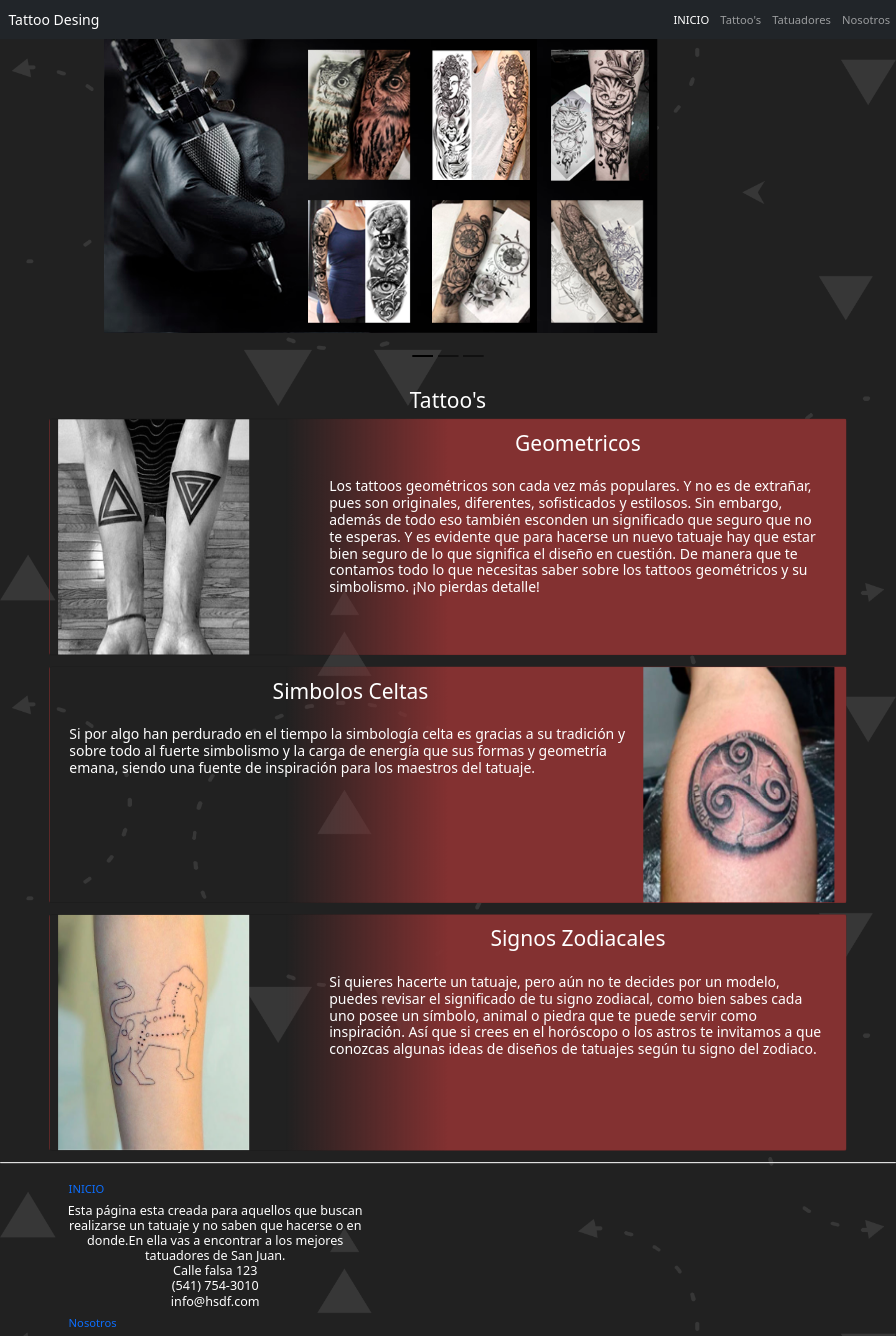
Repository: Vladimir-22/TatooDesign
Page: index.html
These files come from the project's save history. The page is drawn as it stood at one moment and after the next save; the edit follows.
The browser window is 1280 px wide. The pictures show the whole page, at 70% of full size.
Some web libraries are served in a nearby version.

Above is the page before, as saved 2021-05-19 21:40:54.

### index.html
<!DOCTYPE html>
<html lang="es">
  <head>
    <meta charset="UTF-8" />
    <meta http-equiv="X-UA-Compatible" content="IE=edge" />
    <meta name="viewport" content="width=device-width, initial-scale=1.0" />
    <link
      href="https://cdn.jsdelivr.net/npm/bootstrap@5.0.0-beta3/dist/css/bootstrap.min.css"
      rel="stylesheet"
      integrity="sha384-eOJMYsd53ii+scO/bJGFsiCZc+5NDVN2yr8+0RDqr0Ql0h+rP48ckxlpbzKgwra6"
      crossorigin="anonymous"
    />
    <script
      src="https://cdn.jsdelivr.net/npm/bootstrap@5.0.0-beta3/dist/js/bootstrap.bundle.min.js"
      integrity="sha384-JEW9xMcG8R+pH31jmWH6WWP0WintQrMb4s7ZOdauHnUtxwoG2vI5DkLtS3qm9Ekf"
      crossorigin="anonymous"
    ></script>
    <script
      src="https://cdn.jsdelivr.net/npm/bootstrap@5.0.0-beta3/dist/js/bootstrap.bundle.min.js"
      integrity="sha384-JEW9xMcG8R+pH31jmWH6WWP0WintQrMb4s7ZOdauHnUtxwoG2vI5DkLtS3qm9Ekf"
      crossorigin="anonymous"
    ></script>
    <script
      src="https://cdn.jsdelivr.net/npm/@popperjs/core@2.9.1/dist/umd/popper.min.js"
      integrity="sha384-SR1sx49pcuLnqZUnnPwx6FCym0wLsk5JZuNx2bPPENzswTNFaQU1RDvt3wT4gWFG"
      crossorigin="anonymous"
    ></script>
    <script
      src="https://cdn.jsdelivr.net/npm/bootstrap@5.0.0-beta3/dist/js/bootstrap.min.js"
      integrity="sha384-j0CNLUeiqtyaRmlzUHCPZ+Gy5fQu0dQ6eZ/xAww941Ai1SxSY+0EQqNXNE6DZiVc"
      crossorigin="anonymous"
    ></script>
    <link
      rel="stylesheet"
      href="https://use.fontawesome.com/releases/v5.8.1/css/all.css"
      integrity="sha384-50oBUHEmvpQ+1lW4y57PTFmhCaXp0ML5d60M1M7uH2+nqUivzIebhndOJK28anvf"
      crossorigin="anonymous"
    />
    <link rel="stylesheet" href="css/styles.css" />
    <title>Tattoo Desing</title>
  </head>

  <body>
    <nav class="navbar navbar-expand-lg navbar-dark bg-dark">
      <div class="container-fluid">
        <!-- <i class="fas fa-bars"></i> -->

        <div class="col-md-9">
          <a class="navbar-brand" href="#">Tattoo Desing</a>

          <button
            class="navbar-toggler"
            type="button"
            data-bs-toggle="collapse"
            data-bs-target="#navbarNav"
            aria-controls="navbarNav"
            aria-expanded="false"
            aria-label="Toggle navigation"
          >
            <span class="navbar-toggler-icon"></span>
          </button>
        </div>

        <div class="col-md-3 collapse navbar-collapse" id="navbarNav">
          <ul class="navbar-nav">
            <li class="nav-item">
              <a class="nav-link active" aria-current="page" href="#">INICIO</a>
            </li>
            <li class="nav-item">
              <a class="nav-link" href="tattoo's.html">Tattoo's</a>
            </li>
            <li class="nav-item">
              <a class="nav-link" href="tatuadores.html">Tatuadores</a>
            </li>
            <li class="nav-item">
              <a
                class="nav-link"
                href="nosotros.html"
                tabindex="-1"
                aria-disabled="true"
                >Nosotros</a
              >
            </li>
          </ul>
        </div>
      </div>
    </nav>

    <div class="container">
      <div class="row" id="carrusel">
        <div
          id="carouselExampleDark"
          class="carousel carousel-dark slide"
          data-bs-ride="carousel"
        >
          <div class="carousel-indicators">
            <button
              type="button"
              data-bs-target="#carouselExampleDark"
              data-bs-slide-to="0"
              class="active"
              aria-current="true"
              aria-label="Slide 1"
            ></button>
            <button
              type="button"
              data-bs-target="#carouselExampleDark"
              data-bs-slide-to="1"
              aria-label="Slide 2"
            ></button>
            <button
              type="button"
              data-bs-target="#carouselExampleDark"
              data-bs-slide-to="2"
              aria-label="Slide 3"
            ></button>
          </div>

          <div class="carousel-inner">
            <div class="carousel-item active" data-bs-interval="10000">
              <img
                id="imgCarrusel"
                src="./Agos/Carrusel/trae-tu-diseño.png"
                class="d-block w-20"
                alt="..."
              />
              <!-- <div class="carousel-caption d-none d-md-block">
                            <h5>First slide label</h5>
                            <p>Some representative placeholder content for the first slide.</p>
                        </div> -->
            </div>
            <div class="carousel-item" data-bs-interval="4000">
              <img
                id="imgCarrusel"
                src="./Agos/Carrusel/Tendencias.png"
                class="d-block w-20"
                alt="..."
              />
              <!-- <div class="carousel-caption d-none d-md-block">
                            <h5>Second slide label</h5>
                            <p>Some representative placeholder content for the second slide.</p>
                        </div> -->
            </div>
            <div class="carousel-item" data-bs-interval="2000">
              <img
                id="imgCarrusel"
                src="./Agos/Carrusel/Tatuadores-banner.png"
                class="d-block w-20"
                alt="..."
              />
              <!-- <div class="carousel-caption d-none d-md-block">
                            <h5>Third slide label</h5>
                            <p>Some representative placeholder content for the third slide.</p>
                        </div> -->
            </div>
          </div>

          <!-- <button class="carousel-control-prev" type="button" data-bs-target="#carouselExampleDark" data-bs-slide="prev">
                  <span class="carousel-control-prev-icon" aria-hidden="true"></span>
                  <span class="visually-hidden">Previous</span>
                </button>
                <button class="carousel-control-next" type="button" data-bs-target="#carouselExampleDark" data-bs-slide="next">
                  <span class="carousel-control-next-icon" aria-hidden="true"></span>
                  <span class="visually-hidden">Next</span>
                </button> -->
        </div>
      </div>

      <div class="row section2 text-center">
        <h1>Tattoo's</h1>
      </div>

      <div class="row">
        <!-- <div class="card mb-3">
                <img src="./Pedro/Categorías - Signos Zodiacales/Simbolos Celtas.PNG" class="card-img-top" alt="...">
                <div class="card-body">
                    <h5 class="card-title">Card title</h5>
                    <p class="card-text">This is a wider card with supporting text below as a natural lead-in to additional content. This content is a little bit longer.</p>
                    <p class="card-text"><small class="text-muted">Last updated 3 mins ago</small></p>
                </div>
            </div> -->

        <div id="Geometricos" class="card mb-3" style="max-width: auto">
          <div class="row g-0">
            <div class="col-md-4">
              <img
                id="imagen"
                src="./Pedro/Categorías - descripcion inicio/Tatuajes Geometricos.jpg"
                alt="..."
              />
            </div>
            <div class="col-md-8">
              <div class="card-body">
                <h1 class="card-title">Geometricos</h1>
                <br />
                <h5 id="descrip-gral" class="card-text">
                  Los tattoos geométricos son cada vez más populares. Y no es de
                  extrañar, pues son originales, diferentes, sofisticados y
                  estilosos. Sin embargo, además de todo eso también esconden un
                  significado que seguro que no te esperas. Y es evidente que
                  para hacerse un nuevo tatuaje hay que estar bien seguro de lo
                  que significa el diseño en cuestión. De manera que te contamos
                  todo lo que necesitas saber sobre los tattoos geométricos y su
                  simbolismo. ¡No pierdas detalle!
                </h5>
                <!-- <p class="card-text"><small class="text-muted">Última actualización 3 minutos</small></p> -->
              </div>
            </div>
          </div>
        </div>

        <div id="Celtas" class="card mb-3" style="max-width: auto">
          <div class="row g-0">
            <div class="col-md-9">
              <div class="card-body">
                <h1 class="card-title">Simbolos Celtas</h1>
                <br />
                <h5 id="descrip-gral" class="card-text">
                  Si por algo han perdurado en el tiempo la simbología celta es
                  gracias a su tradición y sobre todo al fuerte simbolismo y la
                  carga de energía que sus formas y geometría emana, siendo una
                  fuente de inspiración para los maestros del tatuaje.
                </h5>
                <!-- <p class="card-text"><small class="text-muted">Última actualización 3 minutos</small></p> -->
              </div>
            </div>
            <div class="col-md-3">
              <img
                id="imagen"
                src="./Pedro/Categorías - descripcion inicio/Simbolos Celtas.jpg"
                alt="..."
              />
            </div>
          </div>
        </div>

        <div id="Zodiacales" class="card mb-3" style="max-width: auto">
          <div class="row g-0">
            <div class="col-md-4">
              <img
                id="imagen"
                src="./Pedro/Categorías - descripcion inicio/Signos Zodiacales.jpg"
                alt="..."
              />
            </div>
            <div class="col-md-8">
              <div class="card-body">
                <h1 class="card-title">Signos Zodiacales</h1>
                <br />
                <h5 id="descrip-gral" class="card-text">
                  Si quieres hacerte un tatuaje, pero aún no te decides por un
                  modelo, puedes revisar el significado de tu signo zodiacal,
                  como bien sabes cada uno posee un símbolo, animal o piedra que
                  te puede servir como inspiración. Así que si crees en el
                  horóscopo o los astros te invitamos a que conozcas algunas
                  ideas de diseños de tatuajes según tu signo del zodiaco.
                </h5>
                <!-- <p class="card-text"><small class="text-muted">Última actualización 3 minutos</small></p> -->
              </div>
            </div>
          </div>
        </div>
      </div>
    </div>
  </body>
  <footer>
    <div class="footer" id="footer">
      <div id="footer" class="card mb-3" style="auto"></div>
        <div class="container">
            <div class="row">
                <div class="col-md-2">
                    <div class="col align-self-start">
                        <a class="nav-link active" aria-current="page" href="#">INICIO</a>
                    </div>
                </div>
            </div>
            <div class="row">
                <div class="col-md-5 align-center">
                    <h3 id="descrip-gral" class="card-text">
                        Esta página esta creada para aquellos que buscan realizarse un
                        tatuaje y no saben que hacerse o en donde.En ella vas a
                        encontrar a los mejores tatuadores de San Juan.<br />
                        Calle falsa 123<br />
                        (541) 754-3010<br />
                        info@hsdf.com<br />
                    </h3>
                </div>
            </div>
            <div class="row">
                <div class="col-md-2 align-self-end">
                    <a class="nav-link" href="nosotros.html" tabindex="-1" aria-disabled="true" >Nosotros</a>
                </div>
            </div>
      </div>
    </div>
  </footer>
</html>

### css/styles.css
body {
    margin: 0 !important;
    padding: 0;
    position: relative;
    /*width: 1440px;
    height: 1024px;*/
    background: #212121;
    background-image: url(../Daniela/Background.png);
    background-position: center;
    background-size: contain;
    /* font-family: NanumGothic; */
}

.section2 {
    margin-top: 7%;
    color: white;
}

.section3 {
    margin-top: 3%;
    color: white;
}

h1 {
    font-size: 30px;
}

h2 {
    font-size: 21px;
}

h3 {
    font-size: 18px;
}

h1,
h2,
h3 {
    color: white;
    text-align: center;
}


/*.card img {
    width: 30%;
    height: 30%;
    align-content: center;
} */

nav {
    position: absolute;
    left: 0% !important;
    right: 0% !important;
    top: 0% !important;
    bottom: 0% !important;
    background: #000000 !important;
}

.carousel-indicators {
    left: 0% !important;
    right: 0% !important;
    top: 105% !important;
    bottom: 0% !important;
    margin-top: 0% !important;
}

.carousel-inner {
    left: 6% !important;
    right: 0% !important;
    top: 0% !important;
}



#Geometricos,
#Celtas,
#Zodiacales{
    background: linear-gradient(270deg, #833131 50%, rgba(131, 49, 49, 0) 70.34%);
    border-radius: 4px;
}

#nosotros
{
    background: none;
}

#descrip-gral {
    color: white;
}

#imagen {
    width: 273px;
    height: 336px;
}

#Celtas #imagen {
    right: 100% !important;
    top: 660px;
}

After the next save:
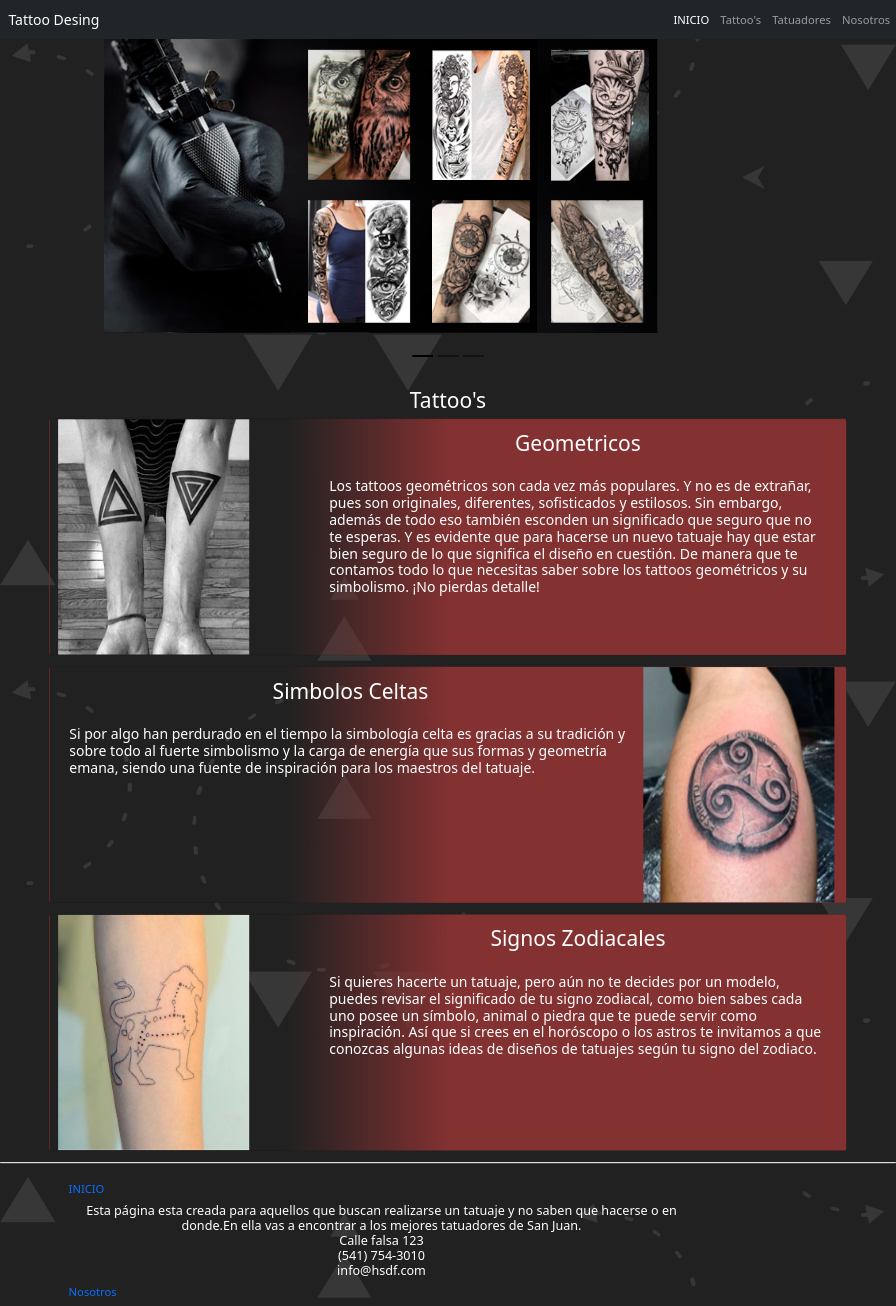
Saved 8 s later.
--- a/index.html
+++ b/index.html
@@ -275,7 +275,7 @@
                 </div>
             </div>
             <div class="row">
-                <div class="col-md-5 align-center">
+                <div class="col-md-10 align-center">
                     <h3 id="descrip-gral" class="card-text">
                         Esta página esta creada para aquellos que buscan realizarse un
                         tatuaje y no saben que hacerse o en donde.En ella vas a
